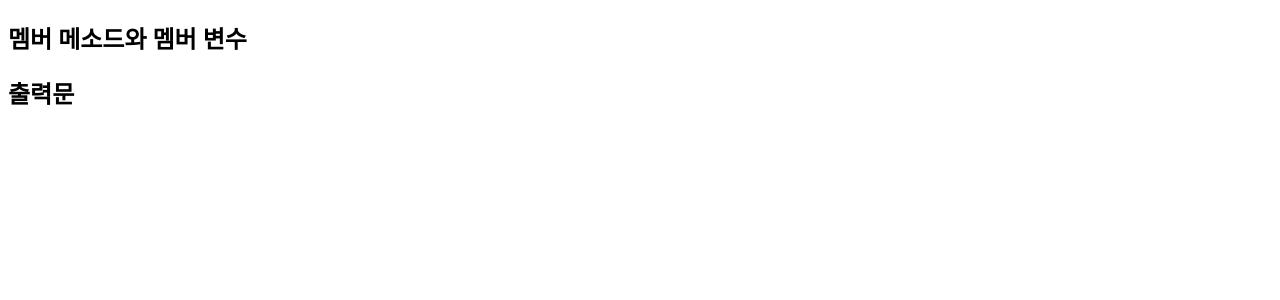
Repository: kkj68106810-dot/jsp2026
Page: http://localhost/chapter01/test04.jsp
An editor plug-in stored every save of this project. The page is shown before and after the next save, followed by the edit.
The browser window is 1280 px wide. The pictures show the whole page.
The page is served by Tomcat 9.

Above is the page before, as saved 2026-10-16 03:02:40.

After the next save:
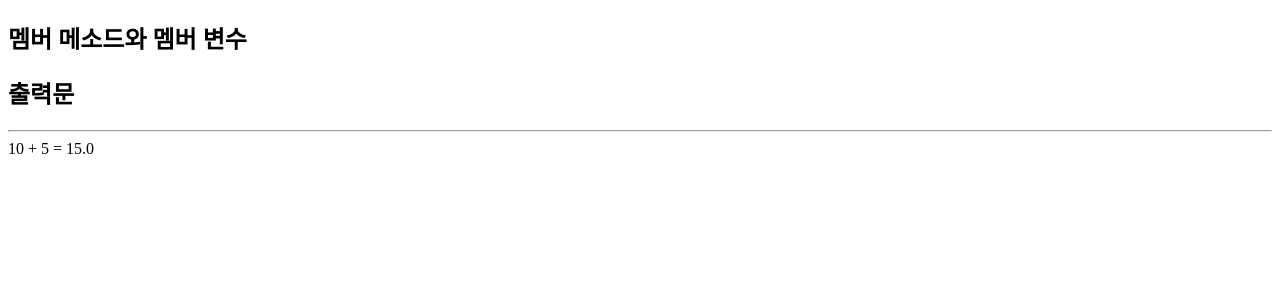
Saved 35 s later.
--- a/chapter01/src/main/webapp/test04.jsp
+++ b/chapter01/src/main/webapp/test04.jsp
@@ -32,5 +32,7 @@
 		}
 	%>
 	<h2>출력문</h2>
+	<hr>
+	10 + 5 = <%= cal(10,5, "+") %>
 </body>
 </html>
